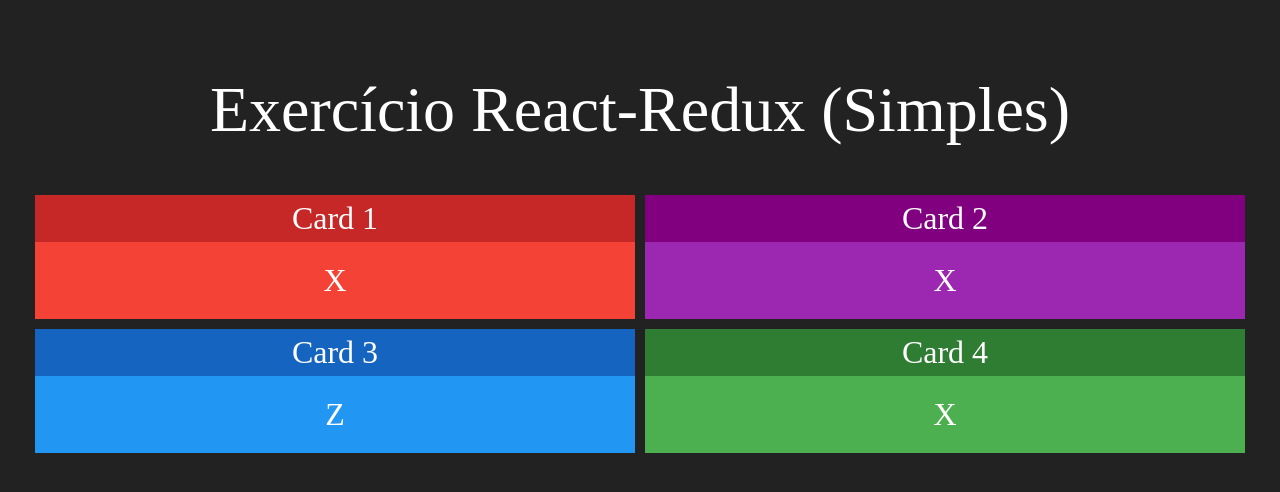
Repository: eversonps/redux-simples
Page: /
The author's editor kept a copy of each file at every save. The page is drawn from the files as they stood at one save, then again after the next save.
The browser window is 1280 px wide. The pictures show the whole page.
The project was rebuilt for these pictures with package versions that can differ from the ones it lists, and the page was loaded fresh each time.

Above is the page before, as saved 2022-03-10 17:57:11.

After the next save:
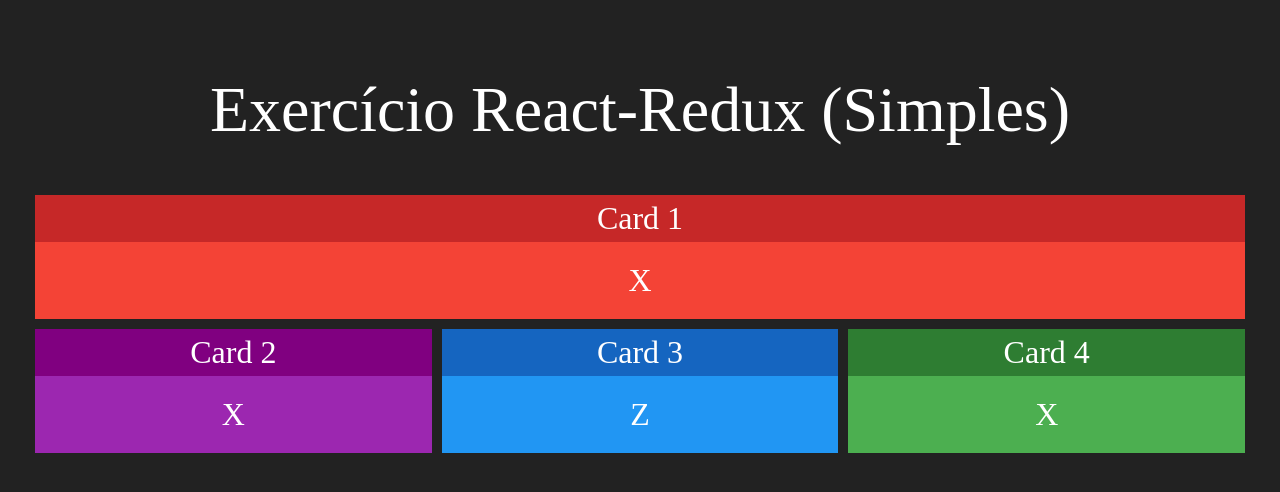
Saved 18 h 50 min later.
--- a/src/App.js
+++ b/src/App.js
@@ -7,9 +7,9 @@ function App() {
       <h1>Exercício React-Redux (Simples)</h1>
       <div className='linha'>
         <Card title="Card 1" red>X</Card>
-        <Card title="Card 2" purple>X</Card>
       </div>
       <div className='linha'>
+        <Card title="Card 2" purple>X</Card>
         <Card title="Card 3" blue>Z</Card>
         <Card title="Card 4" green>X</Card>
       </div>
